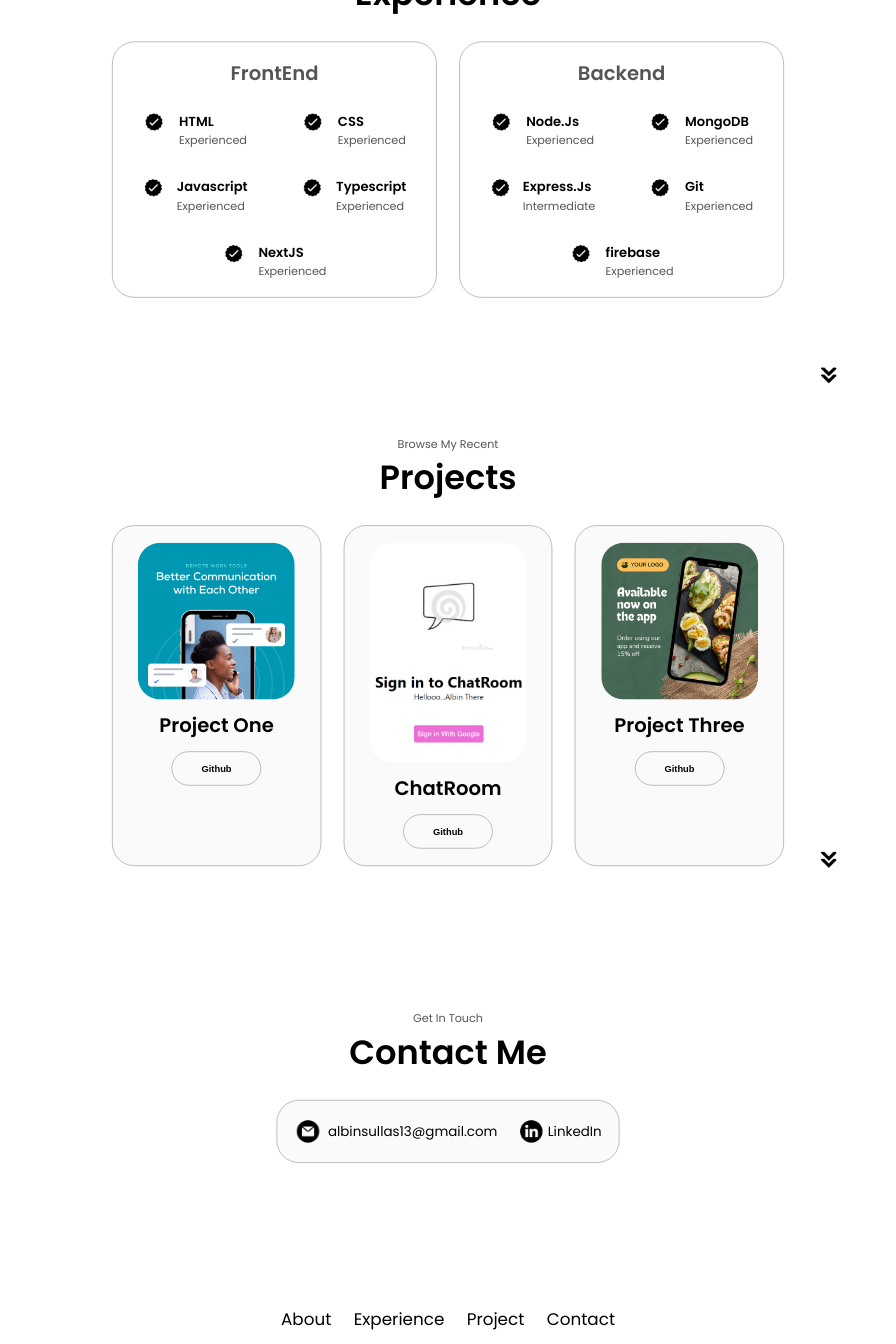
Repository: albinsabu2023/albinsabu
Page: index.html
These files come from the project's save history. The page is drawn as it stood at one moment and after the next save; the edit follows.
The browser window is 1280 px wide. The pictures show the part of the page from y = 1605 to 3525 px (the page is 3617 px tall), at 70% of full size.

Above is the page before, as saved 2023-08-30 14:46:08.

### index.html
<!DOCTYPE html>
<html lang="en">
<link>
    <meta charset="UTF-8">
    <meta name="viewport" content="width=device-width, initial-scale=1.0">
    <title>Albin Sabu</title>
    <link rel="stylesheet" href="style.css"/>
    <link rel="stylesheet" href="mediaqueries.css">
</head>
<body>
    <nav id="desktop-nav">
        <div class="logo">
            ALBIN SABU
        </div>
        <div>
            <ul class="nav-links">
                <li><a href="#about">About</a></li>
                <li><a href="#experience">Experience</a></li>
                <li><a href="#project">Project</a></li>
                <li><a href="#contact">Contact</a></li>
            </ul>
        </div>
    </nav>
    <nav id="hamburger-nav">
        <div clas="logo"> ALBIN SABU</div>
        <div class="hamburger-menu">
            <div class="hamburger-icon" onclick="toggleMenu()">
                <span></span>
                <span></span>
                <span></span>
            </div>
            <div class="menu-links">
                <li><a href="#about" onclick="toggleMenu()">About</a></li>
                <li><a href="#experience" onclick="toggleMenu()">Experience</a></li>
                <li><a href="#project" onclick="toggleMenu()">Project</a></li>
                <li><a href="#contact" onclick="toggleMenu()">Contact</a></li>
            </div>
        </div>
    </nav>
    <section id="profile">
        <div class="section__pic-container">
            <img src="./assets/Albin Sabu2.png" alt="profile-pic">
        </div>
        <div class="section__text">
            <p class="section__text__p1">Hello ,I'm</p>
            <h1 class="title">Albin Sabu</h1>
            <p class="section__text__p2">Software Developer</p>
            <div class="btn_container">
                <button class="btn btn-color-2" onclick="window.open('./assets/Albin sabu.pdf')">Download CV</button>
                <button class="btn btn-color-1" onclick="location.href='#contact'">Contact Info</button>
            </div>
            <div id="social-container">
                <img src="./assets/linkedin.png" alt="My Linkedin Profile" class="icon" onclick="location.href='https://www.linkedin.com/in/albin-sabu-377798230'">
                <img src="./assets/github.png" alt="My Github Profile" class="icon" onclick="location.href='https://github.com/albinsabu2023'">

            </div>
        </div>
    </section>
    <section id="about">
        <p class="section__text__p1">Get To Know More</p>
        <h1 class="title">About Me</h1>
        <div class="section-container">
            <div class="section__pic-container">
                <img src="./assets/ull.png" alt="profilepicture" class="about-pic">
            </div>
            <div class="about-details-container">
                <div class="about-container">
                    <div class="details-container">
                        <img src="./assets/experience.png" alt="experience icon" class="icon">
                        <h3>Experience</h3>
                        <p>Full Stack Developer</p>
                    </div>
                    <div class="details-container">
                        <img src="./assets/education.png" alt="experience icon" class="icon">
                        <h3>Education</h3>
                        <p>B.Tech in Computer Science</p>
                    </div>
                </div>
                <div class="text-container">
                    <p>Greetings! I'm Albin Sabu, a dedicated Fullstack developer and final year Computer Science Engineering student. Hailing
                    from the serene landscapes of Kottayam, Kerala, India, I'm driven by a love for learning, a passion for playing
                    football, and traveling. My skill set encompasses rapid learning, astute critical thinking, and adept
                    problem-solving.  I'm poised to create meaningful
                    contributions in the world of development.
                    </p>
                </div>
            </div>
        </div>

       <img src="./assets/arrow.png" alt="arrow" class="icon arrow" onclick="location.href='./#experience'" >
    </section>
    <section id="experience">
        <p class="section__text__p1">Explore My</p>
        <h1 class="title">Experience</h1>
        <div class="experience-details-container">
            <div class="about-container">
                <div class="details-container">
                    <h2 class="experience-sub-title">FrontEnd</h2>
                    <div class="article-container">
                        <article>
                            <img src="./assets/checkmark.png" alt="experience-icon" class="icon">
                            <div>
                                <h3>HTML</h3>
                                <p>Experienced</p>
                            </div>
                        </article>
                        <article>
                            <img src="./assets/checkmark.png" alt="experience-icon" class="icon">
                            <div>
                                <h3>CSS</h3>
                                <p>Experienced</p>
                            </div>
                        </article>
                        <article>
                            <img src="./assets/checkmark.png" alt="experience-icon" class="icon">
                            <div>
                                <h3>Javascript</h3>
                                <p>Experienced</p>
                            </div>
                        </article>
                        <article>
                            <img src="./assets/checkmark.png" alt="experience-icon" class="icon">
                            <div>
                                <h3>Typescript</h3>
                                <p>Experienced</p>
                            </div>
                        </article>
                        <article>
                            <img src="./assets/checkmark.png" alt="experience-icon" class="icon">
                            <div>
                                <h3>NextJS</h3>
                                <p>Experienced</p>
                            </div>
                        </article>

                    </div>
                </div>
                <div class="details-container">
                    <h2 class="experience-sub-title">Backend</h2>
                    <div class="article-container">
                        <article>
                            <img src="./assets/checkmark.png" alt="experience-icon" class="icon">
                            <div>
                                <h3>Node.Js</h3>
                                <p>Experienced</p>
                            </div>
                        </article>
                        <article>
                            <img src="./assets/checkmark.png" alt="experience-icon" class="icon">
                            <div>
                                <h3>MongoDB</h3>
                                <p>Experienced</p>
                            </div>
                        </article>

                        <article>
                            <img src="./assets/checkmark.png" alt="experience-icon" class="icon">
                            <div>
                                <h3>Express.Js</h3>
                                <p>Intermediate</p>
                            </div>
                        </article>
                        <article>
                            <img src="./assets/checkmark.png" alt="experience-icon" class="icon">
                            <div>
                                <h3>Git</h3>
                                <p>Experienced</p>
                            </div>
                        </article>
                        <article>
                            <img src="./assets/checkmark.png" alt="experience-icon" class="icon">
                            <div>
                                <h3>firebase</h3>
                                <p>Experienced</p>
                            </div>
                        </article>

                    </div>
                </div>
            </div>
        </div>
        <img src="./assets/arrow.png" alt="arrow" class="icon arrow" onclick="location.href='./#project'">
    </section>
    <section id="project">
        <p class="section__text__p1">Browse My Recent</p>
        <h1 class="title">Projects</h1>
        <div class="experience-details-container">
            <div class="about-container">
                <div class="details-container color-container">
                    <div class="article-container">
                        <img src="./assets/project-1.png" alt="project1" class="project-img">
                    </div>
                    <h2 class="experience-sub-title project-title" onclick="location.href=''">Project One</h2>
                    <div class="btn-container">
                        <button class="btn btn-color-2 project-btn">
                            Github
                        </button>

                    </div>
                </div>
                <div class="details-container color-container">
                    <div class="article-container">
                        <img src="./assets/chatroom.png" alt="project1" class="project-img">
                    </div>
                    <h2 class="experience-sub-title project-title">ChatRoom</h2>
                    <div class="btn-container">
                        <button class="btn btn-color-2 project-btn"  onclick="location.href='https://github.com/albinsabu2023/Chatroom'">
                            Github
                        </button>

                    </div>
                </div>
                <div class="details-container color-container">
                    <div class="article-container">
                        <img src="./assets/project-3.png" alt="project1" class="project-img">
                    </div>
                    <h2 class="experience-sub-title project-title" onclick="location.href=''">Project Three</h2>
                    <div class="btn-container">
                        <button class="btn btn-color-2 project-btn">
                            Github
                        </button>

                    </div>
                </div>
            </div>
        </div>
        <img src="./assets/arrow.png" alt="arrow" class="icon arrow" onclick="location.href='./#contact'">
    </section >
    <section id="contact">
        <p class="section__text__p1">Get In Touch</p>
        <h1 class="title">Contact Me</h1>
        <div class="contact-info-upper-container">
            <div class="contact-info-container">
                <img src="./assets/email.png" alt="email icon" class="icon contact-icon email-icon">
                <p><a href="mailto:albinsullas13@gmail.com">albinsullas13@gmail.com</a></p>
            </div>
            <div class="contact-info-container">
                <img src="./assets/linkedin.png" alt="linkdin icon" class="icon contact-icon">
                <p><a href="https://www.linkedin.com/in/albin-sabu-377798230">LinkedIn</a></p>
            </div>
        </div>


    </section>
    <footer>
        <nav>
            <div class="nav-links-container">
                <ul class="nav-links">
                    <li><a href="#about">About</a></li>
                    <li><a href="#experience">Experience</a></li>
                    <li><a href="#project">Project</a></li>
                    <li><a href="#contact">Contact</a></li>
                </ul>
            </div>
        </nav>
        <p>Copyright &#169; 2023 Albin Sabu. All Rights Reserved</p>
    </footer>
    <script src="script.js"></script>
</body>
</html>

### style.css
@import url('https://fonts.googleapis.com/css2?family=Poppins:ital,wght@0,300;0,400;0,500;0,600;1,200;1,300;1,500;1,600&display=swap');

* {
    margin: 0;
    padding: 0;
}

body {
    font-family: 'Poppins', sans-serif;
}

html {
    scroll-behavior: smooth;
}

p {
    color: rgb(85, 85, 85);
}

a,
.btn {
    transition: all 300ms ease
}

/* Desktop navigation */
nav,
.nav-links {
    display: flex;

}

nav {
    justify-content: space-around;
    align-items: center;
    height: 17vh;

}

.nav-links {
    gap: 2rem;
    list-style: none;
    font-size: 1.5rem;
}
a{
    color:black;
    text-decoration: none;
    text-decoration-color: white;
}

a:hover{
    color:gray;
    text-decoration:underline;
    text-underline-offset:1rem ;
    text-decoration-color:rgb(181,181,181);
}

.logo{
    font-size:2rem;
}

#hamburger-nav{
    display:none;
}
.hamburger-menu{
    position: relative;
    display:inline-block;
}
.hamburger-icon{
    display: flex;
    flex-direction: column;
    justify-content: space-between;
    height: 24px;
    width: 30px;
    cursor: pointer;
}

.hamburger-icon span{
    width:100%;
    height: 2px;
    background-color: black;
    transition: all 0.3 ease-in-out;
}

.menu-links{
    position:absolute;
    top:100%;
    right:0%;

    width: fit-content;
    max-height: 0;
    overflow: hidden;
    transition: all 0.3 ease-in-out;
}

.menu-links{
    display: block;
    padding: 10px;
    text-align: center;
    font-size: 1.5rem;
    color: black;
    text-decoration: none;
    transform: all 0.3 ease-in-out;
}

.menu-links li{
    list-style: none;

}

.menu-links.open{
    max-height: 300px;
}

.hamburger-icon.open span:first-child{
    transform:rotate(45deg) translate(10px,5px);
}
.hamburger-icon.open span:nth-child(2){
   opacity:0;
}
.hamburger-icon.open span:last-child{
    transform:rotate(-45deg) translate(10px,-5px);
}

.hamburger-icon span:first-child{
    transform: none;
}
.hamburger-icon span:first-child{
    opacity:1;
}
.hamburger-icon span:first-child{
    transform: none;
}

section{
    padding-top:4vh ;
    height: 96vh;
    margin: 0 10rem;
    box-sizing: border-box;
    min-height: fit-content;
}

.section-container{
    display: flex;
}

#profile{
    display: flex;
    justify-content: center;
    gap: 5rem;
    height:  80vh;
}

.section__pic-container{
    display: flex;
    height: 400px;
    width: 400px;
    margin: auto 0;
}

.section__text{

    align-self:center;
    text-align: center;
}

.section__text p{
    font-weight: 600;
}
.section__text__p1{
    text-align: center;

}
.section__text__p2 {

    font-size: 1.75rem;
    margin-bottom: 1rem;
}

.title{
    font-size:3rem;
    text-align: center;
}
#social-container{
    display: flex;
    justify-content: center;
    margin-top: 1rem;
    gap: 1rem;
}

/* icon */
.icon{
    cursor: pointer;
    height: 2rem;
}

.btn-container{
    display: flex;
    justify-content:center;
    gap: 1rem;
}
.btn{
    font-weight: 600;
    transition: all 300ms ease;
    padding: 1rem;
    width: 8rem;
    border-radius: 2rem;

}

.btn-color-1,.btn-color-2{
    border:rgb(53,53,53) 0.1rem solid;
}
.btn-color-1:hover,
.btn-color-2:hover {
   cursor:pointer
}
.btn-color-1,
.btn-color-2:hover {
   background: rgb(53,53,53);
   color: white;
}

.btn-color-1:hover{
    background-color: rgb(0,0,0);

}
.btn-color-2{
    background:none
    ;
}
.btn-color-2:hover{
    border:rgb(255,255,255) 0.1rem solid;
}

/* About section */

#about{
    position: relative;
}
.about-container{
    gap:2rem;
    margin-bottom:2rem ;
    margin-top: 2rem;
}
.about-details-container{
    justify-content: center;
    flex-direction: column;
}

.about-container,.about-details-container{
    display: flex;
}

.about-pic{
    border-radius: 2rem;

}
.text-container{
    text-align: justify;
}
.arrow{
    position:absolute;
    right:-5rem;
    bottom:2.5rem;
}

.details-container{
    padding:1.5rem ;
    flex: 1;
    background: white;
    border-radius: 2rem;
    border: rgb(53,53,53) 0.1rem solid;
    border-color: rgb(163,163,163);
    text-align: center;

}

.section-container{
    gap: 4rem;
    height: 80%;
}

.section__pic-container{
    height: 300px;
    width:300px ;
    margin:auto 0;
}

/* experience */

#experience{
    position:relative;
}

.experience-sub-title{
    color:rgb(85,85,85);
    font-weight: 600;
    font-size: 1.75rem;
    margin-bottom:2rem;
}

.experience-details-container{
    display: flex;
    justify-content: center;
    flex-direction: column;
}
.article-container{
    display: flex;
    text-align: initial;
    flex-wrap: wrap;
    flex-direction: row;
    gap: 2.5rem;
    justify-content: space-around;
}

article{
    display: flex;
    width: 10rem;
    justify-content: space-around;
    gap:0.5rem ;
}

.article .icon{
    cursor:default;
}

/* project */

#project{
    position: relative;
}

.color-container{
    border-color: rgb(163,163,163);
    background: rgb(250,250,250);
}
.project-img{
    border-radius: 2rem;
    width: 90%;
    height: 90%;
}
.project-title{
    margin: 1rem;
    color:black;
}

.project-btn{
    color: black;
    border-color: rgb(163, 163, 163);
}

#contact{
    display: flex;
    justify-content: center;
    flex-direction: column;
    height: 75vh;

}

.contact-info-upper-container{
    display: flex;
    justify-content: center;
    border-radius:2rem ;
    border: rgb(53,53,53) 0.1rem solid;
    border-color: rgb(163, 163, 163);
    background: rgb(250,250,250);
    margin: 2rem auto;
    padding: 0.5rem;
}

.contact-info-container{
    display: flex;
    align-items: center;
    justify-content: center;
    gap: 0.5rem;
    margin: 1rem;
}

.contact-info-container p{
    font-size: larger;

}
.contact-icon{
    cursor:default;

}
.email-icon{
    height: 2.5rem;
}
/* footer */

footer{
    height: 26vh;
    margin: 0 1rem;
}
footer p{
    text-align: center;
}

### mediaqueries.css
@media screen and (max-width:1400px) {
   #profile{
    height:83vh;
    margin-bottom: 6rem;
    }
    .about-container{
        flex-wrap:wrap;
    }
}

@media screen and (max-width:1200px){
    #desktop-nav{
        display: none;
    }
    #hamburger-nav{
        display: flex;
    }
    #experience,.experience-details-container{
        margin-top: 2rem;
    }
    #profile,.section-container{
        display: block;
    }
    .arrow{
        display: none;
    }

    section,.section-container{
        height:fit-content;
    }
    section{
        margin: 0 5%;
    }

    .section__pic-container{
        width: 75px;
        height: 75px;
        margin: 0 auto 2rem;
    }
    .about-containers{
        margin-top: 0;;
    }

}

@media screen and (max-width:600px) {
    #contact,footer{
        height: 40vh;
    }
    #profile{
        height: 83vh;
        margin-bottom: 0;
    }
    article{
        font-size:1rem;
    }
    footer nav{
        height: fit-content;
        margin-bottom: 2rem;
    }
    .about-containers,.contact-info-upper-container,.btn-container{
        flex-wrap: wrap;
    }
    .contact-info-container{
        margin: 0;
    }
    .contact-info-container p,.nav-links li a{
        font-size: 1rem;
    }
    .experince-sub-title{
        font-size: 1.25rem;
    }
    .logo{
        font-size: 1.5rem;
    }
    .nav-links{
        flex-direction:column;
        gap: 0.5rem;
        text-align: center;
    }
    .section__pic-container{
        width: auto;
        height: 46vw;
        justify-content: center;
    }
    .section__text__p2{
        font-size: 1.25rem;
    }
    .title{
        font-size: 2rem;
    }
    .text-container{
        text-align: justify;
    }
}

Loaded but not shown: script.js (common file)

After the next save:
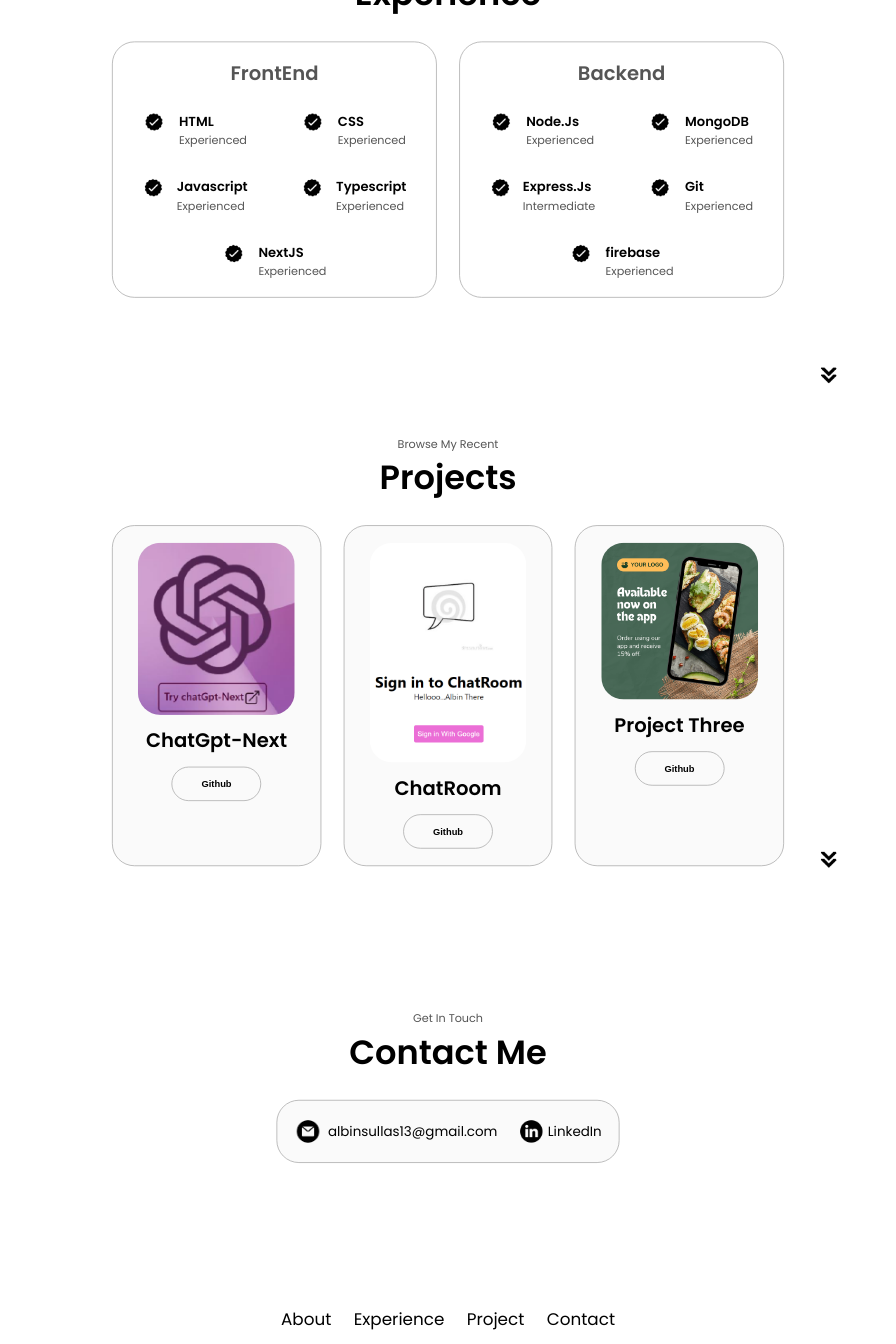
Saved 5 min 10 s later.
--- a/index.html
+++ b/index.html
@@ -188,11 +188,11 @@
             <div class="about-container">
                 <div class="details-container color-container">
                     <div class="article-container">
-                        <img src="./assets/project-1.png" alt="project1" class="project-img">
-                    </div>
-                    <h2 class="experience-sub-title project-title" onclick="location.href=''">Project One</h2>
+                        <img src="./assets/chatgpt-next.png" alt="project1" class="project-img">
+                    </div>
+                    <h2 class="experience-sub-title project-title" >ChatGpt-Next</h2>
                     <div class="btn-container">
-                        <button class="btn btn-color-2 project-btn">
+                        <button class="btn btn-color-2 project-btn" onclick="location.href='https://github.com/albinsabu2023/ChatGpt-Next1.0'">
                             Github
                         </button>
 
